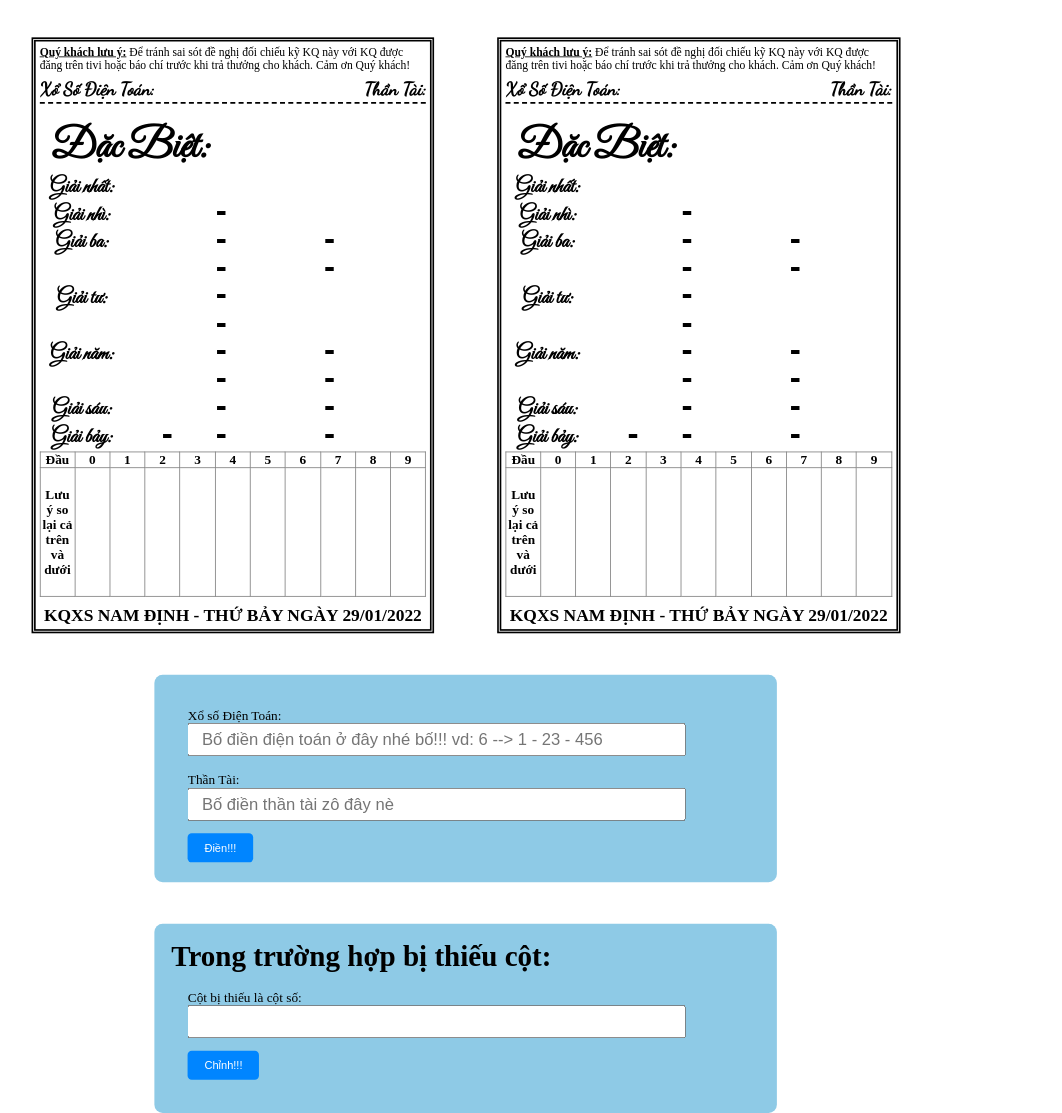
Repository: AnhDuc0125/xskt123
Page: index.html
The author's editor kept a copy of each file at every save. The page is drawn from the files as they stood at one save, then again after the next save.
The browser window is 1280 px wide. The pictures show the whole page, at 83% of full size.
The page's requests for data from a server got no answer. Some web fonts or font styles are not loaded; a fallback is used.

Above is the page before, as saved 2022-01-29 23:32:40.

### index.html
<!DOCTYPE html>
<html lang="en">
  <head>
    <meta charset="UTF-8" />
    <meta http-equiv="X-UA-Compatible" content="IE=edge" />
    <meta name="viewport" content="width=device-width, initial-scale=1.0" />
    <link rel="stylesheet" href="style.css" />
    <title>Document</title>
  </head>
  <body>
    <div class="boxed__container">
      <div class="boxed--1">
        <div class="header">
          <div class="header--1">
            <b><u>Quý khách lưu ý:</u></b> Để tránh sai sót đề nghị đối chiếu kỹ
            KQ này với KQ được đăng trên tivi hoặc báo chí trước khi trả thưởng
            cho khách. Cảm ơn Quý khách!
          </div>
          <div class="header--2">
            <div class="dienToan">
              Xổ Số Điện Toán:
              <span class="data__dienToan"></span>
            </div>
            <div class="thanTai">
              Thần Tài: <span class="data__thanTai"></span>
            </div>
          </div>
        </div>

        <div class="body">
          <div class="body--1">
            <div class="dacBiet">
              Đặc Biệt:
              <span id="data__dacBiet" class="data__body--1"></span>
            </div>
          </div>
          <div class="body--2">
            <!-- row1 -->
            <div class="body__item body__name">Giải nhất:</div>
            <div class="body__item data__body--1"></div>
            <div class="body__item"></div>
            <div class="body__item"></div>
            <div class="body__item"></div>
            <div class="body__item"></div>
            <!-- row2 -->
            <div class="body__item body__name">Giải nhì:</div>
            <div class="body__item data__body--1"></div>
            <div class="body__item space">-</div>
            <div class="body__item data__body--1"></div>
            <div class="body__item"></div>
            <div class="body__item"></div>
            <!-- row3 -->
            <div class="body__item body__name">Giải ba:</div>
            <div class="body__item data__body--1"></div>
            <div class="body__item space">-</div>
            <div class="body__item data__body--1"></div>
            <div class="body__item space">-</div>
            <div class="body__item data__body--1"></div>
            <!-- row4 -->
            <div class="body__item"></div>
            <div class="body__item data__body--1"></div>
            <div class="body__item space">-</div>
            <div class="body__item data__body--1"></div>
            <div class="body__item space">-</div>
            <div class="body__item data__body--1"></div>
            <!-- row5 -->
            <div class="body__item body__name">Giải tư:</div>
            <div class="body__item data__body--1"></div>
            <div class="body__item space">-</div>
            <div class="body__item data__body--1"></div>
            <div class="body__item"></div>
            <div class="body__item"></div>
            <!-- row6 -->
            <div class="body__item"></div>
            <div class="body__item data__body--1"></div>
            <div class="body__item space">-</div>
            <div class="body__item data__body--1"></div>
            <div class="body__item"></div>
            <div class="body__item"></div>
            <!-- row7 -->
            <div class="body__item body__name">Giải năm:</div>
            <div class="body__item data__body--1"></div>
            <div class="body__item space">-</div>
            <div class="body__item data__body--1"></div>
            <div class="body__item space">-</div>
            <div class="body__item data__body--1"></div>
            <!-- row8 -->
            <div class="body__item"></div>
            <div class="body__item data__body--1"></div>
            <div class="body__item space">-</div>
            <div class="body__item data__body--1"></div>
            <div class="body__item space">-</div>
            <div class="body__item data__body--1"></div>
            <!-- row9 -->
            <div class="body__item body__name">Giải sáu:</div>
            <div class="body__item data__body--1"></div>
            <div class="body__item space">-</div>
            <div class="body__item data__body--1"></div>
            <div class="body__item space">-</div>
            <div class="body__item data__body--1"></div>
            <!-- row10 -->
            <div class="body__item body__name">Giải bảy:</div>
            <div class="body__item">
              <span class="data__body--1"></span>
              <span class="space">-</span>
              <span class="data__body--1"></span>
            </div>
            <div class="body__item space">-</div>
            <div class="body__item data__body--1"></div>
            <div class="body__item space">-</div>
            <div class="body__item data__body--1"></div>
          </div>
        </div>

        <div class="footer">
          <div class="footer--1">
            <table border="1">
              <thead>
                <tr>
                  <th class="title__table">Đầu</th>
                  <th class="cols__title">0</th>
                  <th class="cols__title">1</th>
                  <th class="cols__title">2</th>
                  <th class="cols__title">3</th>
                  <th class="cols__title">4</th>
                  <th class="cols__title">5</th>
                  <th class="cols__title">6</th>
                  <th class="cols__title">7</th>
                  <th class="cols__title">8</th>
                  <th class="cols__title">9</th>
                </tr>
              </thead>
              <tbody>
                <tr>
                  <th>Lưu ý so lại cả trên và dưới</th>
                  <th class="cols">
                    <ul id="data__0--1"></ul>
                  </th>
                  <th class="cols">
                    <ul id="data__1--1"></ul>
                  </th>
                  <th class="cols">
                    <ul id="data__2--1"></ul>
                  </th>
                  <th class="cols">
                    <ul id="data__3--1"></ul>
                  </th>
                  <th class="cols">
                    <ul id="data__4--1"></ul>
                  </th>
                  <th class="cols">
                    <ul id="data__5--1"></ul>
                  </th>
                  <th class="cols">
                    <ul id="data__6--1"></ul>
                  </th>
                  <th class="cols">
                    <ul id="data__7--1"></ul>
                  </th>
                  <th class="cols">
                    <ul id="data__8--1"></ul>
                  </th>
                  <th class="cols">
                    <ul id="data__9--1"></ul>
                  </th>
                </tr>
              </tbody>
            </table>
          </div>
          <div class="footer--2" id="data__footer--1"></div>
        </div>
      </div>
      <div class="boxed--2">
        <div class="header">
          <div class="header--1">
            <b><u>Quý khách lưu ý:</u></b> Để tránh sai sót đề nghị đối chiếu kỹ
            KQ này với KQ được đăng trên tivi hoặc báo chí trước khi trả thưởng
            cho khách. Cảm ơn Quý khách!
          </div>
          <div class="header--2">
            <div class="dienToan">
              Xổ Số Điện Toán:
              <span class="data__dienToan"></span>
            </div>
            <div class="thanTai">
              Thần Tài: <span class="data__thanTai"></span>
            </div>
          </div>
        </div>

        <div class="body">
          <div class="body--1">
            <div class="dacBiet">
              Đặc Biệt:
              <span id="data__dacBiet" class="data__body--2"></span>
            </div>
          </div>
          <div class="body--2">
            <!-- row1 -->
            <div class="body__item body__name">Giải nhất:</div>
            <div class="body__item data__body--2"></div>
            <div class="body__item"></div>
            <div class="body__item"></div>
            <div class="body__item"></div>
            <div class="body__item"></div>
            <!-- row2 -->
            <div class="body__item body__name">Giải nhì:</div>
            <div class="body__item data__body--2"></div>
            <div class="body__item space">-</div>
            <div class="body__item data__body--2"></div>
            <div class="body__item"></div>
            <div class="body__item"></div>
            <!-- row3 -->
            <div class="body__item body__name">Giải ba:</div>
            <div class="body__item data__body--2"></div>
            <div class="body__item space">-</div>
            <div class="body__item data__body--2"></div>
            <div class="body__item space">-</div>
            <div class="body__item data__body--2"></div>
            <!-- row4 -->
            <div class="body__item"></div>
            <div class="body__item data__body--2"></div>
            <div class="body__item space">-</div>
            <div class="body__item data__body--2"></div>
            <div class="body__item space">-</div>
            <div class="body__item data__body--2"></div>
            <!-- row5 -->
            <div class="body__item body__name">Giải tư:</div>
            <div class="body__item data__body--2"></div>
            <div class="body__item space">-</div>
            <div class="body__item data__body--2"></div>
            <div class="body__item"></div>
            <div class="body__item"></div>
            <!-- row6 -->
            <div class="body__item"></div>
            <div class="body__item data__body--2"></div>
            <div class="body__item space">-</div>
            <div class="body__item data__body--2"></div>
            <div class="body__item"></div>
            <div class="body__item"></div>
            <!-- row7 -->
            <div class="body__item body__name">Giải năm:</div>
            <div class="body__item data__body--2"></div>
            <div class="body__item space">-</div>
            <div class="body__item data__body--2"></div>
            <div class="body__item space">-</div>
            <div class="body__item data__body--2"></div>
            <!-- row8 -->
            <div class="body__item"></div>
            <div class="body__item data__body--2"></div>
            <div class="body__item space">-</div>
            <div class="body__item data__body--2"></div>
            <div class="body__item space">-</div>
            <div class="body__item data__body--2"></div>
            <!-- row9 -->
            <div class="body__item body__name">Giải sáu:</div>
            <div class="body__item data__body--2"></div>
            <div class="body__item space">-</div>
            <div class="body__item data__body--2"></div>
            <div class="body__item space">-</div>
            <div class="body__item data__body--2"></div>
            <!-- row10 -->
            <div class="body__item body__name">Giải bảy:</div>
            <div class="body__item">
              <span class="data__body--2"></span>
              <span class="space">-</span>
              <span class="data__body--2"></span>
            </div>
            <div class="body__item space">-</div>
            <div class="body__item data__body--2"></div>
            <div class="body__item space">-</div>
            <div class="body__item data__body--2"></div>
          </div>
        </div>

        <div class="footer">
          <div class="footer--1">
            <table border="1">
              <thead>
                <tr>
                  <th class="title__table">Đầu</th>
                  <th class="cols__title">0</th>
                  <th class="cols__title">1</th>
                  <th class="cols__title">2</th>
                  <th class="cols__title">3</th>
                  <th class="cols__title">4</th>
                  <th class="cols__title">5</th>
                  <th class="cols__title">6</th>
                  <th class="cols__title">7</th>
                  <th class="cols__title">8</th>
                  <th class="cols__title">9</th>
                </tr>
              </thead>
              <tbody>
                <tr>
                  <th>Lưu ý so lại cả trên và dưới</th>
                  <th class="cols">
                    <ul id="data__0--2"></ul>
                  </th>
                  <th class="cols">
                    <ul id="data__1--2"></ul>
                  </th>
                  <th class="cols">
                    <ul id="data__2--2"></ul>
                  </th>
                  <th class="cols">
                    <ul id="data__3--2"></ul>
                  </th>
                  <th class="cols">
                    <ul id="data__4--2"></ul>
                  </th>
                  <th class="cols">
                    <ul id="data__5--2"></ul>
                  </th>
                  <th class="cols">
                    <ul id="data__6--2"></ul>
                  </th>
                  <th class="cols">
                    <ul id="data__7--2"></ul>
                  </th>
                  <th class="cols">
                    <ul id="data__8--2"></ul>
                  </th>
                  <th class="cols">
                    <ul id="data__9--2"></ul>
                  </th>
                </tr>
              </tbody>
            </table>
          </div>
          <div class="footer--2" id="data__footer--2"></div>
        </div>
      </div>
    </div>
    <div class="ask">
      <div class="form__group">
        <label class="label__control">Xổ số Điện Toán:</label>
        <input
          type="number"
          class="form__control input__dienToan"
          oninput="javascript: if (this.value.length > this.maxLength) this.value = this.value.slice(0, this.maxLength);"
          maxlength="6"
          placeholder="Bố điền điện toán ở đây nhé bố!!! vd: 6 --> 1 - 23 - 456"
        />
      </div>
      <div class="form__group">
        <form id="form_thanTai">
          <label for="" class="label__control">Thần Tài:</label>
          <input
            type="number"
            class="form__control input__thanTai"
            oninput="javascript: if (this.value.length > this.maxLength) this.value = this.value.slice(0, this.maxLength);"
            maxlength="4"
            placeholder="Bố điền thần tài zô đây nè"
          />
          <button onclick="showData()">Điền!!!</button>
        </form>
      </div>
    </div>
    <div class="custom_box">
      <strong style="font-size: 35px">Trong trường hợp bị thiếu cột:</strong>
      <div class="form__group">
        <form id="form_custom">
          <div class="label__control">Cột bị thiếu là cột số:</div>
          <input
            type="number"
            class="form__control"
            id="input__custom--column"
            oninput="javascript: if (this.value.length > this.maxLength) this.value = this.value.slice(0, this.maxLength);"
            maxlength="1"
          />
          <button onclick="customColumn()">Chỉnh!!!</button>
        </form>
      </div>
    </div>
  </body>
  <script src="app.js"></script>
</html>

### style.css
@import url("https://fonts.googleapis.com/css2?family=Great+Vibes&display=swap");
@import url("https://fonts.googleapis.com/css2?family=Dancing+Script&display=swap");
@import url("https://fonts.googleapis.com/css2?family=Andada+Pro:ital,wght@1,800&display=swap");

* {
  margin: 0;
  padding: 0;
  box-sizing: border-box;
}

body {
  width: 29.7cm;
  height: 21cm;
  font-family: ".VNTime";
}

.boxed__container {
  width: 27.7cm;
  height: 19cm;
  margin: 1.2cm 1cm 0.8cm;
  display: grid;
  grid-template-columns: 12.85cm 12.85cm;
  grid-template-rows: 19cm;
  column-gap: 2cm;
}

.boxed--1,
.boxed--2 {
  width: 12.85cm;
  height: 19cm;
  padding: 5px;
  border: 5px double black;
}

/* header css*/
.header {
  width: 100%;
  height: 10%;
  border-bottom: 2px dashed black;
}

.header--1 {
  font-size: 14px;
}

.header--2 {
  font-family: "Dancing Script", cursive;
  font-weight: bold;
  font-size: 22px;
  display: flex;
  justify-content: space-between;
}

/* data css */
.data__body--1,
.data__body--2,
.data__dienToan,
.data__thanTai {
  font-family: arial;
  font-size: 30px;
}

#data__dacBiet {
  font-size: 70px;
}

.space {
  font-family: Arial, Helvetica, sans-serif;
  font-size: 40px;
  transform: translateY(-5px);
}

.data__body--1,
.data__body--2 {
  margin-right: 5px;
}

/* body css*/
.body {
  width: 100%;
  height: 60%;
  font-family: "Great Vibes", cursive;
  font-weight: bold;
}

.body--1 {
  width: 100%;
  height: 20%;
  display: flex;
  align-items: center;
}

.body--1 .dacBiet {
  font-size: 50px;
  margin-left: 15px;
}

.body--2 {
  width: 100%;
  height: 80%;
  display: grid;
  grid-template-columns: 22% 22% 6% 22% 6% 22%;
  grid-template-rows: 10% 10% 10% 10% 10% 10% 10% 10% 10% 10%;
}

.body--2 .body__item {
  display: flex;
  justify-content: center;
  align-items: center;
}

.body--2 .body__item.body__name {
  font-size: 25px;
}

.body--2 .body__item.data__body--1,
.body--2 .body__item.data__body--2 {
  justify-content: right;
}

.footer {
  width: 100%;
  height: 30%;
}

.footer--1 {
  width: 100%;
  height: 175px;
}

.footer table {
  width: 100%;
  height: 100%;
  border-collapse: collapse;
  min-height: 175px;
}

ul {
  list-style-type: none;
}

li {
  font-size: 18px;
}

th.cols__title {
  width: 46.19px;
}

th.cols {
  vertical-align: top;
  height: 137.07px;
}

.title__table {
  width: 9%;
}

.footer--2 {
  width: 100%;
  height: 25%;
  font-family: "Andada Pro", serif;
  font-weight: bolder;
  font-size: 21px;
  text-align: center;
  transform: translateY(10px);
}

.ask {
  width: 750px;
  height: 250px;
  padding: 20px;
  margin: 0 auto;
  border-radius: 10px;
  border: none;
  color: black;
  background-color: #8ecae6;
  margin-top: 50px;
}

.custom_box {
  width: 750px;
  height: fit-content;
  padding: 20px;
  margin: 0 auto;
  border-radius: 10px;
  border: none;
  color: black;
  background-color: #8ecae6;
  margin-top: 50px;
}

.form__group {
  margin: 20px;
}

label {
  display: block;
}

input::-webkit-outer-spin-button,
input::-webkit-inner-spin-button {
  -webkit-appearance: none;
  margin: 0;
}

.form__control {
  width: 600px;
  height: 40px;
  padding: 15px;
  font-size: 20px;
}

button {
  display: block;
  padding: 10px 20px;
  background-color: #0085ff;
  border-radius: 5px;
  border: none;
  color: white;
  cursor: pointer;
  margin-top: 15px;
}

Loaded but not shown: app.js (234 lines, source omitted)

After the next save:
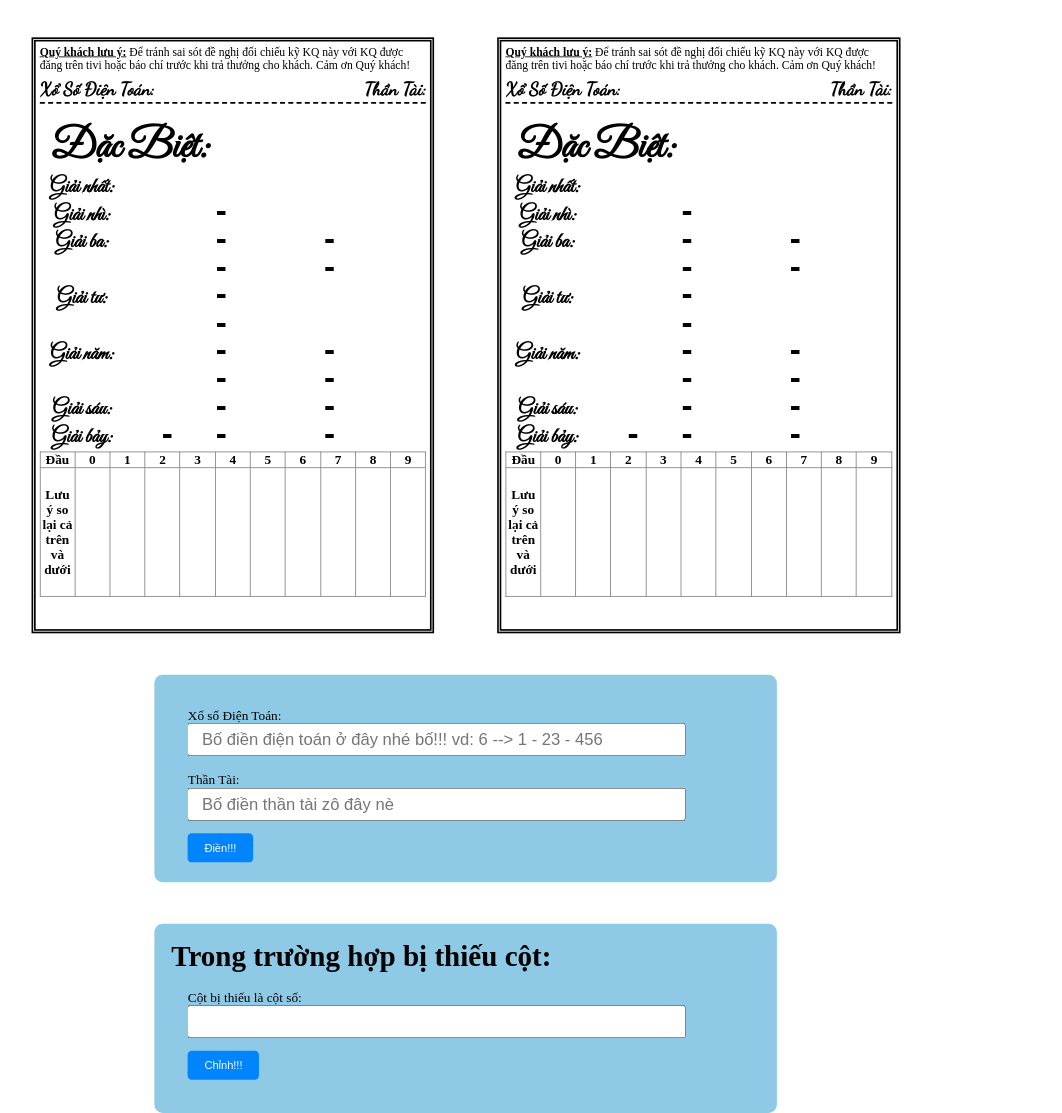
Saved 41 s later.
--- a/index.html
+++ b/index.html
@@ -374,5 +374,5 @@
       </div>
     </div>
   </body>
-  <script src="app.js"></script>
+  <!-- <script src="app.js"></script> -->
 </html>
